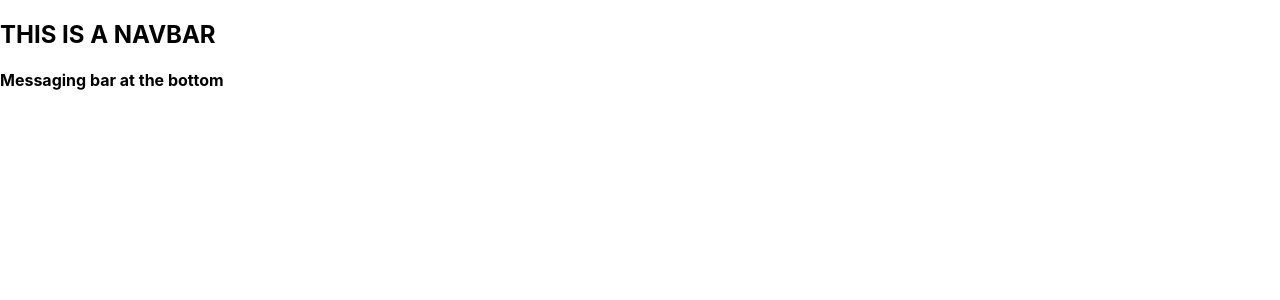
Repository: react-for-web-developers/03-react-components
Page: / (app in exercises/linkedin/)
These files come from the project's save history. The page is drawn as it stood at one moment and after a run of saves; the edit follows.
The browser window is 1280 px wide. The pictures show the whole page.
The project was rebuilt for these pictures with package versions that can differ from the ones it lists, and the page was loaded fresh each time. Also part of the build but not shown: exercises/linkedin/src/App.css, exercises/linkedin/src/components/Conversation.js.

Above is the page before, as saved 2021-10-13 23:03:47.

### exercises/linkedin/src/App.js
import './App.css';
import NavBar from './components/NavBar';
import Messaging from './components/Messaging';

function App() {
  return (
    <div>
      <NavBar/>
      <Messaging/>
    </div>
  );
}

export default App;

### exercises/linkedin/src/components/NavBar.js
import React from 'react'

export default function NavBar() {
    return (
        <div>
            <h2>THIS IS A NAVBAR</h2>
        </div>
    )
}

### exercises/linkedin/src/components/Messaging.js
import React from 'react'
import Conversation from './Conversation'


export default function Messaging() {
    return (
        <div>
            <h4>Messaging bar at the bottom</h4>

        </div>
    )
}

Loaded but not shown: exercises/linkedin/public/index.html (common file); exercises/linkedin/src/index.js (common file); exercises/linkedin/src/index.css (common file); exercises/linkedin/src/reportWebVitals.js (common file)

After the next 3 saves:
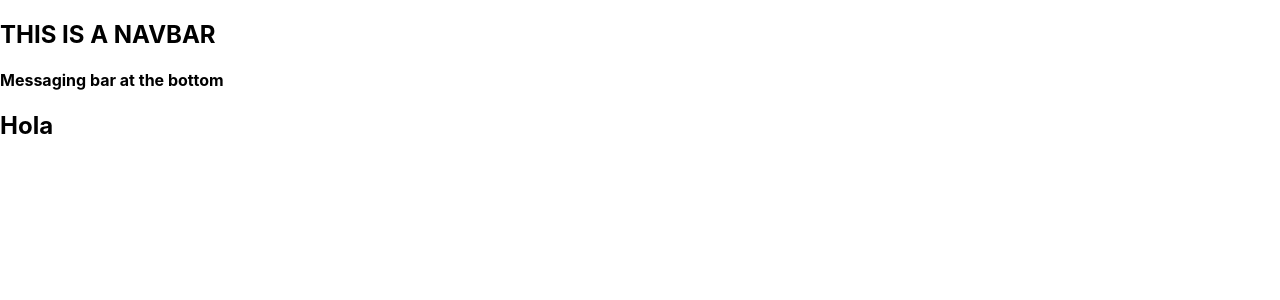
The 3 saves are shown as one change because they came seconds apart.
The last was saved 22 s later.
--- a/exercises/linkedin/src/components/Messaging.js
+++ b/exercises/linkedin/src/components/Messaging.js
@@ -6,7 +6,7 @@ export default function Messaging() {
     return (
         <div>
             <h4>Messaging bar at the bottom</h4>
-
+            <h2>Hola</h2>
         </div>
     )
 }
